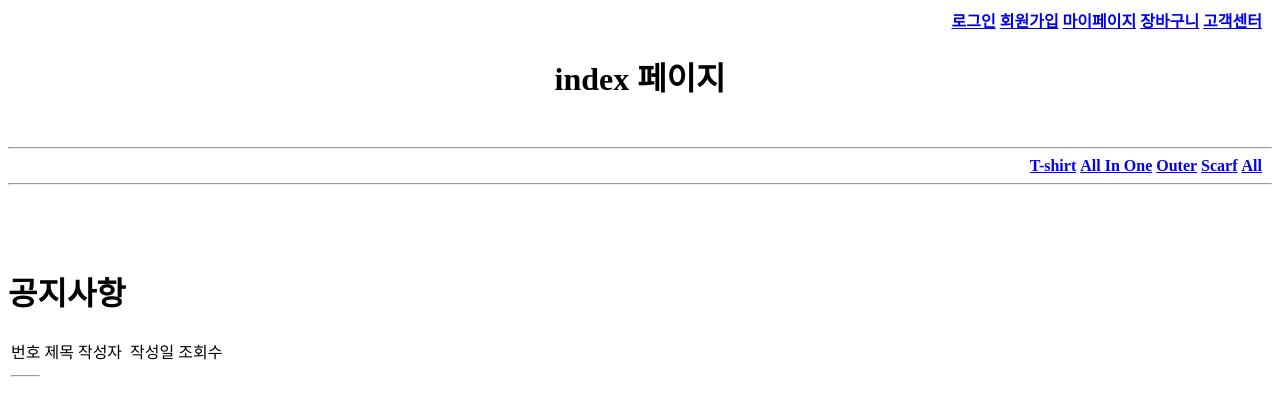
Repository: leeseungho1994/shopping
Page: http://localhost/shopping/WEB-INF/views/center/notice.jsp
An editor plug-in stored every save of this project. The page is shown before and after the next save, followed by the edit.
The browser window is 1280 px wide. The pictures show the whole page.
The page is served by Tomcat 9. Nobody is signed in. Other server files are loaded and not shown. The template is opened directly, without the code that normally fills it, so the values that code supplies are empty.

Above is the page before, as saved 2020-12-10 14:21:50.

### shopping/src/main/webapp/WEB-INF/views/center/notice.jsp
<%@ page language="java" contentType="text/html; charset=UTF-8"
    pageEncoding="UTF-8"%>
    <%@taglib prefix="c" uri="http://java.sun.com/jsp/jstl/core" %>
<!DOCTYPE html>
<html>
<head>
<meta charset="UTF-8">
<title>공지사항</title>
</head>
<body>
<c:import url="../default/header.jsp"/>
<h1>공지사항</h1>
<table>
	<tr>
		<td>번호</td><td>제목</td><td>작성자</td><td></td><td>작성일</td><td>조회수</td>
	</tr>
	<tr>
		<td><hr></td>
	</tr>
</table>
</body>
</html>

### shopping/src/main/webapp/WEB-INF/views/default/header.jsp
<%@ page language="java" contentType="text/html; charset=UTF-8"
    pageEncoding="UTF-8"%>
<!DOCTYPE html>
<html>
<head>
<meta charset="UTF-8">
<title>머리말</title>
</head>
<body>
<body>
<div style="text-align: right; margin-right: 10px;">
	<a href="#"><b>로그인</b></a>
	<a href="#"><b>회원가입</b></a>
	<a href="myPage"><b>마이페이지</b></a>
	<a href="#"><b>장바구니</b></a>
	<a href="center"><b>고객센터</b></a>
</div>
<h1 style="text-align: center">index 페이지</h1><br>
<hr>
<div style="text-align: right; margin-right: 10px;">
	<a href="#"><b>T-shirt</b></a>
	<a href="#"><b>All In One</b></a>
	<a href="#"><b>Outer</b></a>
	<a href="#"><b>Scarf</b></a>
	<a href="#"><b>All</b></a>
</div>
<hr>
<br><br><br>
</body>
</html>

After the next save:
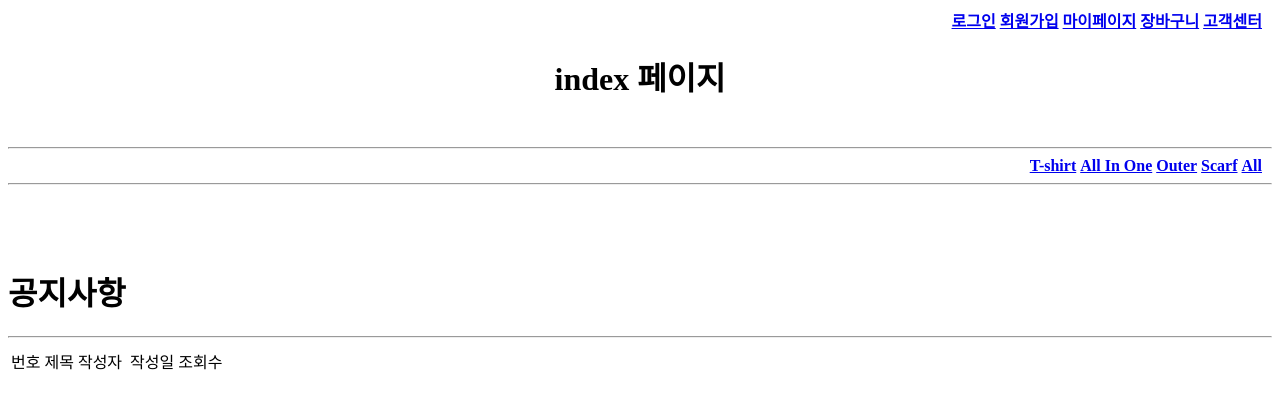
Saved 19 s later.
--- a/shopping/src/main/webapp/WEB-INF/views/center/notice.jsp
+++ b/shopping/src/main/webapp/WEB-INF/views/center/notice.jsp
@@ -13,9 +13,7 @@
 <table>
 	<tr>
 		<td>번호</td><td>제목</td><td>작성자</td><td></td><td>작성일</td><td>조회수</td>
-	</tr>
-	<tr>
-		<td><hr></td>
+		<hr>
 	</tr>
 </table>
 </body>

After the save that followed:
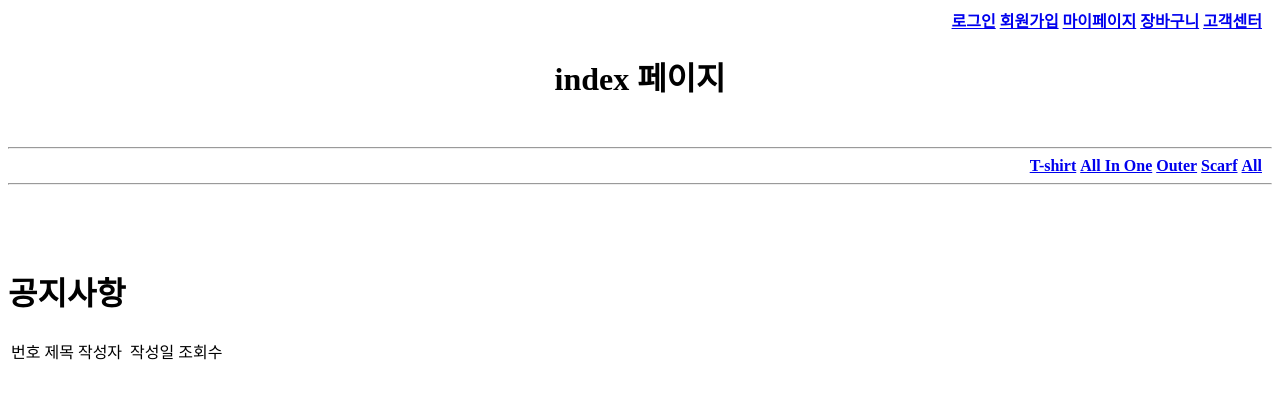
Saved 8 s later.
--- a/shopping/src/main/webapp/WEB-INF/views/center/notice.jsp
+++ b/shopping/src/main/webapp/WEB-INF/views/center/notice.jsp
@@ -13,7 +13,6 @@
 <table>
 	<tr>
 		<td>번호</td><td>제목</td><td>작성자</td><td></td><td>작성일</td><td>조회수</td>
-		<hr>
 	</tr>
 </table>
 </body>
